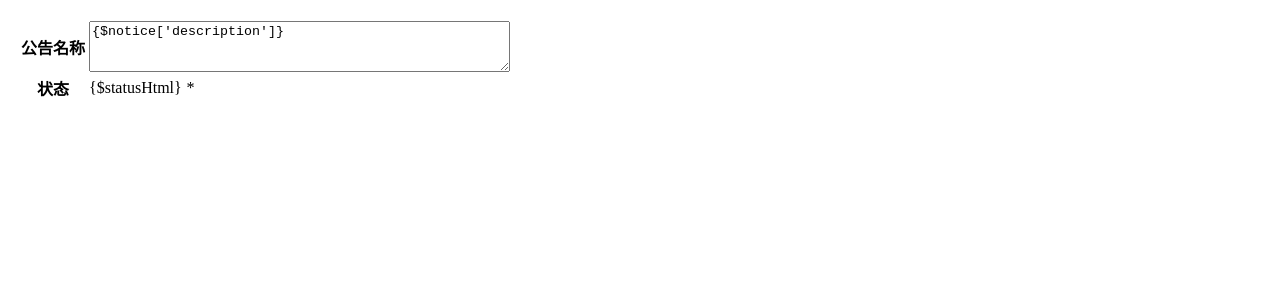
Repository: pridewu/hipi
Page: Education_dev_platform/branches/v1/Application/System/View/v1/Notice/edit.html
These files come from the project's save history. The page is drawn as it stood at one moment and after the next save; the edit follows.
The browser window is 1280 px wide. The pictures show the whole page.

Above is the page before, as saved 2014-12-08 02:13:19.

After the next save:
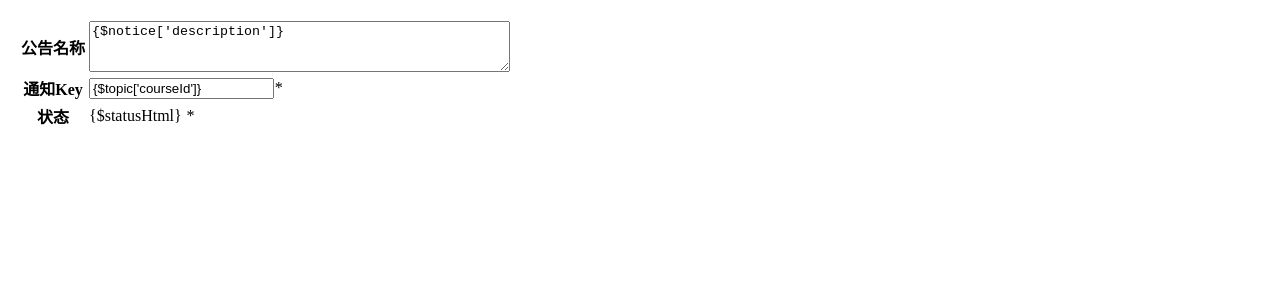
Saved 95 s later.
--- a/Education_dev_platform/branches/v1/Application/System/View/v1/Notice/edit.html
+++ b/Education_dev_platform/branches/v1/Application/System/View/v1/Notice/edit.html
@@ -9,6 +9,13 @@
 		</td>
 	</tr>
 
+	<tr>
+		<th>通知Key</th>
+		<td>
+			<input type="text" id="noticeKey" name="noticeKey" value="{$topic['courseId']}"/><em>*</em>
+		</td>
+	</tr>
+
 	<tr><th>状态</th><td>{$statusHtml} <em>*</em></td></tr>
 </table>
 </form>
